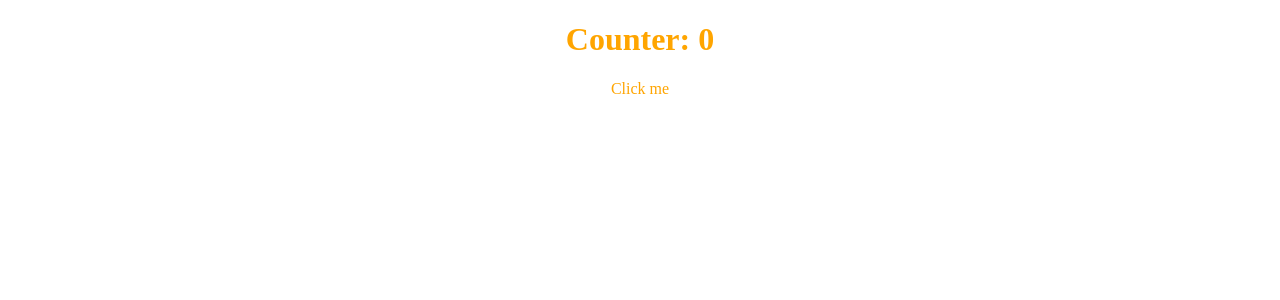
Repository: kegbaDev/React-calculation-game
Page: counter.html
These files come from the project's save history. The page is drawn as it stood at one moment and after a run of saves; the edit follows.
The browser window is 1280 px wide. The pictures show the whole page.
Some web libraries are served in a nearby version.

Above is the page before, as saved 2023-04-22 16:26:32.

After the next 2 saves:
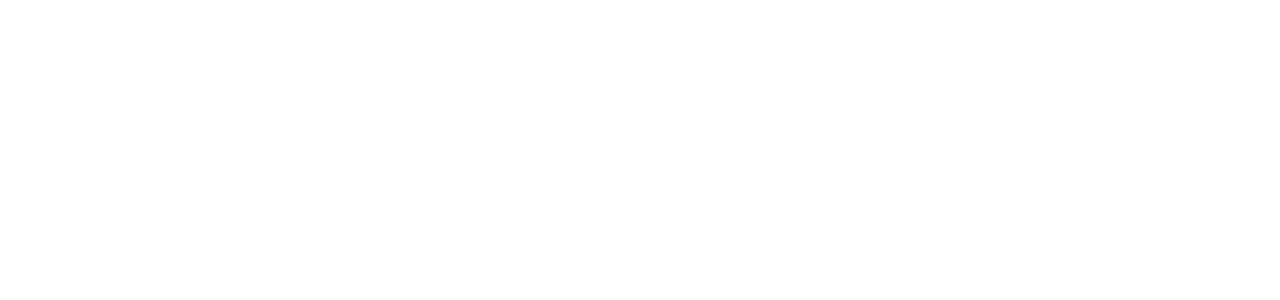
Console error (its wording comes from the project's code and is left out).
The 2 saves are shown as one change because they came seconds apart.
The last was saved 7 s later.
--- a/counter.html
+++ b/counter.html
@@ -38,7 +38,7 @@
                 return(
                     <div>
                         <h1 onClick = { this.increment }>Counter: { this.state.actualValue }</h1>
-                        <buttom onC> Click me </buttom>
+                        <buttom onClick = {}> Click me </buttom>
                     </div>
 
                 );

After the 5 saves that followed:
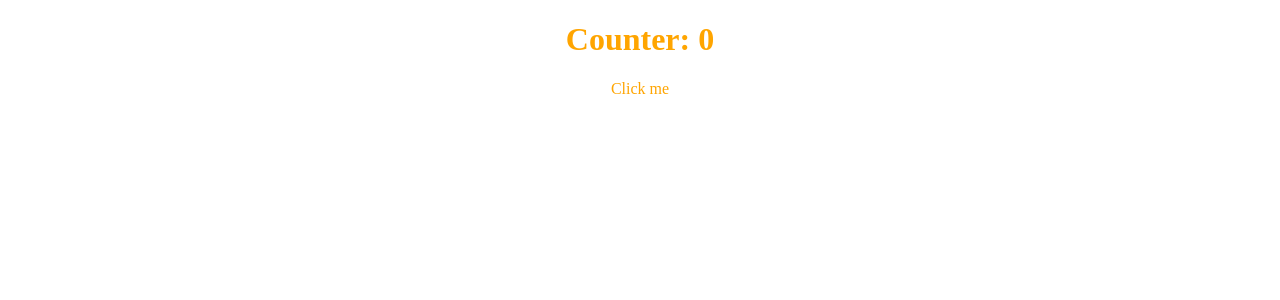
The error is gone.
The 5 saves are shown as one change because 1 left the picture as it was and some came seconds apart.
The last was saved 16 s later.
--- a/counter.html
+++ b/counter.html
@@ -38,7 +38,7 @@
                 return(
                     <div>
                         <h1 onClick = { this.increment }>Counter: { this.state.actualValue }</h1>
-                        <buttom onClick = {}> Click me </buttom>
+                        <buttom onClick = { this.increment }> Click me </buttom>
                     </div>
 
                 );
